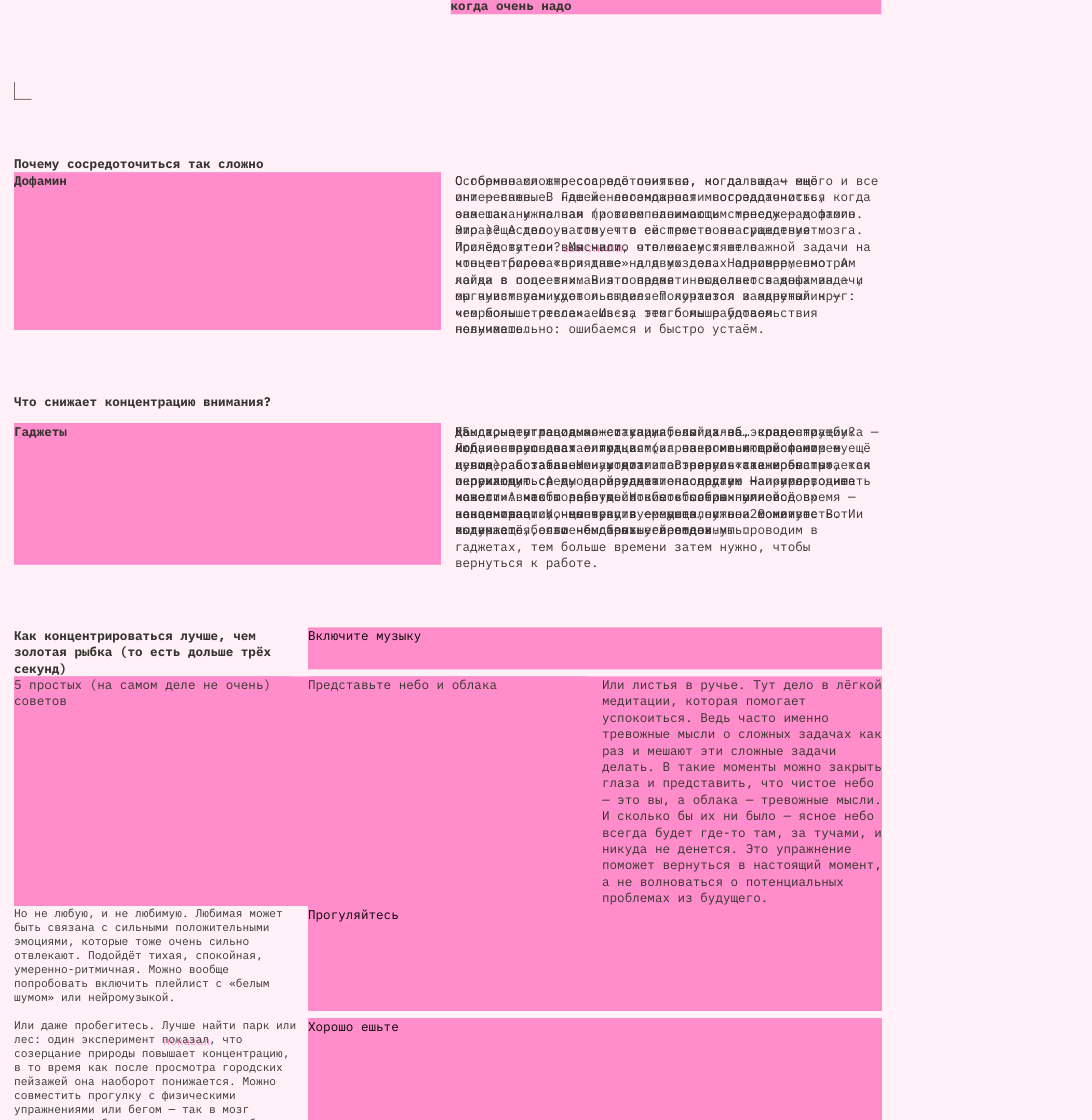
Repository: NikWolf75/slozhno-sosredotochitsya-fd
Page: index.html
These files come from the project's save history. The page is drawn as it stood at one moment and after the next save; the edit follows.
The browser window is 1280 px wide. The page is 1560 px wide, so the pictures cover 1560 px, including what lies to the right of the window. The pictures show the part of the page from y = 606 to 2206 px (the page is 7191 px tall before and 7131 px after), at 70% of full size.

Above is the page before, as saved 2025-02-27 23:23:38.

### index.html
<!DOCTYPE html>
<html lang="ru">
  <head>
    <meta charset="UTF-8" />
    <meta http-equiv="X-UA-Compatible" content="IE=edge" />
    <meta name="viewport" content="width=device-width, initial-scale=1.0" />
    <meta name="color-scheme" content="dark light" />
    <link rel="stylesheet" href="/fonts/fonts.css" />
    <link rel="stylesheet" href="/styles/globals.css" />
    <link rel="stylesheet" href="/styles/variables.css" />
    <link rel="stylesheet" href="/styles/style.css" />
    <link rel="stylesheet" href="/styles/dark.css" />
    <link rel="stylesheet" href="/styles/light.css" />
    <link rel="icon" href="/images/favicon.ico" sizes="any" />
    <link rel="icon" href="/images/favicon.svg" type="image/svg+xml" />
    <title>Сложно сосредоточиться</title>
    <script src="./scripts/script.js"></script>
  </head>
  <body class="page">
    <header class="header decorated-zone">
      <p class="rec_element">REC</p>
      <nav class="header__theme-menu">
        <ul class="header__theme-menu-list">
          <li class="header__theme-menu-item">
            <button
              class="header__theme-menu-button header__theme-menu-button_type_light"
            >
              День
            </button>
          </li>
          <li class="header__theme-menu-item">
            <button
              class="header__theme-menu-button header__theme-menu-button_active header__theme-menu-button_type_auto"
              disabled
            >
              Авто
            </button>
          </li>
          <li class="header__theme-menu-item">
            <button
              class="header__theme-menu-button header__theme-menu-button_type_dark"
            >
              Неон
            </button>
          </li>
        </ul>
      </nav>
      <h1 class="title_main">no focus</h1>
      <div class="title-decor">
        <p>Что делать, когда не можешь делать ничего</p>
        <p>
          Или почему нам так сложно сконцентрироваться, особенно когда очень
          надо
        </p>
      </div>
    </header>
    <main class="content">
      <section class="content__section">
        <h2 class="question_text">Почему сосредоточиться так сложно</h2>
        <article class="answer">
          <h3 class="content__answer-short">Многозадачность</h3>
          <p class="answer_large">
            Особенно сложно сосредоточиться, когда задач много и все они —
            важные. Где же легендарная многозадачность, когда она так нужна вам
            (и всем нанимающим менеджерам этого мира)? А дело в том, что её
            просто не существует. Исследователи
            <a class="link-text" href="#0">выяснили</a>, что мозгу тяжело
            концентрироваться даже на двух делах одновременно. А когда в поле
            внимания попадает несколько важных задач, организм паникует и
            выделяет кортизол и адреналин — «гормоны стресса». Из-за этого мы
            работаем невнимательно: ошибаемся и быстро устаём.
          </p>
        </article>
        <article class="answer">
          <h3 class="content__answer-short">Дофамин</h3>
          <p class="answer_large">
            С гормонами стресса всё понятно, но дальше — ещё интереснее. В нашей
            невозможности сосредоточиться замешана и полная противоположность
            стрессу — дофамин. Это вещество участвует в системе вознаграждения
            мозга. Причём тут он? Мы часто отвлекаемся от важной задачи на
            что-то более «приятное» для мозгов. Например, смотрим лайки в
            соцсетях. В это время и выделяется дофамин — и мы чувствуем
            удовольствие. Получается замкнутый круг: чем больше отвлекаешься,
            тем больше удовольствия получаешь.
          </p>
        </article>
      </section>
      <section class="content__section content__question">
        <h2 class="question_text">Что снижает концентрацию внимания?</h2>
        <article class="answer">
          <h3 class="content__answer-short">Многозадачность</h3>
          <p class="answer_large">
            Как концентрация может снижаться из-за… концентрации? Любая
            стрессовая ситуация (и резко меняющийся мир в целом) заставляет наш
            мозг постоянно «сканировать» окружающую среду на предмет опасности.
            Например, читать новости вместо работы. Но быть собранными всё время
            — невозможно. Концентрация — мышца, и она может не выдержать, если
            не давать ей отдохнуть.
          </p>
        </article>
        <article class="answer">
          <h3 class="content__answer-short">Еда</h3>
          <p class="answer_large">
            «Быстрые углеводы» — сахар, белый хлеб, сладости — молниеносно
            доставляют в мозг энергию и помогают ему лучше работать. Но уходит
            эта энергия также быстро, как и приходит. А мы в результате попадаем
            на «углеводные качели»: как только действие «быстрых углеводов»
            заканчивается, мы чувствуем усталость и сонливость. И хотим ещё
            больше быстрых углеводов.
          </p>
        </article>
        <article class="answer">
          <h3 class="content__answer-short">Гаджеты</h3>
          <p class="answer_large">
            Да-да, это та самая ситуация, когда на экране ноутбука — код, в
            наушниках — подкаст, а на компьютере фоном — ещё и видео с забавными
            утятами. В результате мозг пытается переключиться с одной задачи на
            другую — и просто не может. А чтобы вернуться к состоянию полной
            концентрации, человеку в среднем нужно 20 минут. Вот и получается,
            что чем больше времени мы проводим в гаджетах, тем больше времени
            затем нужно, чтобы вернуться к работе.
          </p>
        </article>
      </section>
      <section class="content__section">
        <h2 class="question_text">
          Как концентрироваться лучше, чем золотая рыбка (то есть дольше трёх
          секунд)
        </h2>
        <article class="answer advice">
          <h3 class="content__answer-short sub_content__answer-short">
            5 простых (на самом деле не очень) советов
          </h3>
          <h4 class="advice">
            Представьте небо и облака
          </h4>
          <p class="answer_large">
            Или листья в ручье. Тут дело в лёгкой медитации, которая помогает
            успокоиться. Ведь часто именно тревожные мысли о сложных задачах как
            раз и мешают эти сложные задачи делать. В такие моменты можно
            закрыть глаза и представить, что чистое небо — это вы, а облака —
            тревожные мысли. И сколько бы их ни было — ясное небо всегда будет
            где-то там, за тучами, и никуда не денется. Это упражнение поможет
            вернуться в настоящий момент, а не волноваться о потенциальных
            проблемах из будущего.
          </p>
        </article>
          <h4 class="advice">
            Включите музыку
          </h4>
          <p class="answer_large">
            Но не любую, и не любимую. Любимая может быть связана с сильными
            положительными эмоциями, которые тоже очень сильно отвлекают.
            Подойдёт тихая, спокойная, умеренно-ритмичная. Можно вообще
            попробовать включить плейлист с «белым шумом» или нейромузыкой.
          </p>
          <h4 class="advice">
            Прогуляйтесь
          </h4>
          <p class="answer_large">
            Или даже пробегитесь. Лучше найти парк или лес: один эксперимент
            <a class="link-text" href="#0">показал</a>, что созерцание природы
            повышает концентрацию, в то время как после просмотра городских
            пейзажей она наоборот понижается. Можно совместить прогулку с
            физическими упражнениями или бегом — так в мозг поступит ещё больше
            кислорода и он будет лучше работать. Но и простая двадцатиминутная
            прогулка — тоже отличный вариант.
          </p>
          <h4 class="advice">
            Хорошо ешьте
          </h4>
          <p class="answer_large">
            Мы — не ваша бабушка, но это правда важно. Выбирайте продукты,
            которые препятствуют резким скачкам сахара в крови. Например, с
            высоким содержанием клетчатки: овощи, ягоды, бобовые (нут, чечевица,
            фасоль), коричневый рис, хлеб из цельнозерновой пшеницы.
          </p>
          <h4 class="advice">
            Читайте
          </h4>
          <p class="answer_large">
            Настоящие бумажные книги. Это правда помогает с концентрацией: чтобы
            прочитать пост в соцсети, достаточно нескольких минут или даже
            секунд. А вот интересная книга способна затянуть и на несколько
            часов и круто тренирует направленное внимание.
          </p>
        </article>
      </section>
      <section class="content__section content__gallery">
        <h2 class="content__answer-short">А можно в картинках?</h2>
        <div class="gallery">
          <figure class="gallery__item">
            <img
              class="content__section-image"
              src="./images/sunset.png"
              alt="Вид острова на закате"
              loading="lazy"
            />
          </figure>
          <figure class="gallery__item">
            <img
              class="gallery__section-image"
              src="./images/ice-cream.png"
              alt="Чаша с мороженным"
              loading="lazy"
            />
          </figure>
          <figure class="gallery__item">
            <img
              class="gallery__section-image"
              src="./images/tape.png"
              alt="Кассета"
              loading="lazy"
            />
          </figure>
          <figure class="gallery__item">
            <img
              class="gallery__section-image"
              src="./images/books.png"
              alt="Стопка книг"
              loading="lazy"
            />
          </figure>
          <figure class="gallery__item">
            <img
              class="gallery__section-image"
              src="./images/street.png"
              alt="Улица"
              loading="lazy"
            />
          </figure>
        </div>
      </section>
    </main>
    <footer class="footer decorated-zone">
      <h2 class="title_main footer__title">focus</h2>
    </footer>
  </body>
</html>

### styles/globals.css
*,
*::before,
*::after {
  box-sizing: border-box;
}

body {
  min-inline-size: 375px;
  max-inline-size: 1440px;
  margin: 0 auto;
}

h1,
h2,
h3,
h4,
h5,
h6,
p {
  margin: 0;
}

ul {
  margin: 0;
  padding: 0;
  list-style: none;
}

picture {
  margin: 0;
  padding: 0;
}

button,
a {
  font-family: inherit;
  font-size: inherit;
  line-height: inherit;
  color: currentColor;
}

### styles/variables.css
:root {
  --main-font: 'IBM Plex mono';
}

### styles/style.css
.page {
  display: flex;
  flex-direction: column;
  font-family: var(--main-font), monospace;
  block-size: min-content;
  position: relative;
  font-weight: 700;
  background-color: var(--main-background-color);
  background-image: var(--main-background-image);
  background-attachment: fixed;
  background-position: center;
  background-size: cover;
  background-repeat: no-repeat;
 }

.decorated-zone {
  position: relative;
}

.decorated-zone::after,
.decorated-zone::before {
  position: absolute;
  inline-size: 25px;
  block-size: 25px;
  content: "";
  border: 1px solid var(--corner-color);
}

.decorated-zone::after {
  border-top: none;
  border-right: none;
  bottom: 10px;
  left: 10px;
}

.decorated-zone::before {
  border-left: none;
  border-bottom: none;
  right: 10px;
  top: 10px;
}

@media (width >= 768px) {
  .decorated-zone::after {
    bottom: 20px;
    left: 20px;
  }
}

@media (width >= 768px) {
  .decorated-zone::before {
    right: 20px;
    top: 20px;
  }
}

.rec_element {
  position: absolute;
  align-self: start;
  justify-self: end;
  margin: 0;
  right: 10px;
  margin-right: 28px;
  font-size: 18px;
  grid-column: 3;
  grid-row: 1;
  color: var(--accent-color);
  gap: 10px;
}

@media (width >= 768px) {
  .rec_element {
    right: 20px;
  }
}

.rec_element::after {
  content: "";
  border-radius: 50%;
  position: absolute;
  top: 8px;
  left: 44px;
  background: var(--accent-color);
  width: 10px;
  height: 10px;
  box-shadow: 0 0 4px 2px var(--accent-color)
}

.header {
  display: grid;
  grid-template-columns: repeat(3, 1fr);
  grid-template-rows: 1fr min-content 1fr;
  align-items: center;
  justify-items: end;
  position: relative;
  block-size: min(668px, 100vh);
  padding: 10px;
  inline-size: 100%;
 }

 @media (width >= 768px) {
  .header {
    padding: 20px 20px 20px 0;
    block-size: max(1024px, 100vh);
  }
 }

 @media (width >= 1024px) {
  .header {
    block-size: max(768px, 100vh);
  }
 }

 .header__theme-menu {
  grid-column: 3;
  grid-row: 1;
  justify-self: end;
  align-self: center;
}

@media (width >= 1024px) {
  .header__theme-menu {
    grid-column: 1 / -1;
    align-self: start;
    justify-self: center;
    margin-left: 20px;
  }
 }

.header__theme-menu-list {
  display: flex;
  flex-direction: column;
  list-style: none;
  row-gap: 10px;
}

@media (width >= 1024px) {
  .header__theme-menu-list {
    display: flex;
    flex-direction: row;
    column-gap: 10px;
  }
 }

.header__theme-menu-button {
  font-family: inherit;
  background: transparent;
  font-size: 18px;
  color: var(--menu-color);
  border: none;
  text-transform: lowercase;
  border: none;
  height: 26px;
  padding-right: 13px;
  padding-left: 13px;
}

.header__theme-menu-bitton:hover {
  outline: 1px solid var(--menu-color-rgb);
}

.header__theme-menu-button_active {
  outline: 1px solid var(--menu-color);
}

.header__theme-menu-button:focus {
  outline: none;
  text-decoration: underline;
}

.header__theme-menu-button:focus-visible {
  outline: none;
  text-decoration: underline;
}

.title_main {
  font-family: inherit;
  font-size: clamp(7.25rem, 7.0115rem + 1.0178vw, 7.5rem);
  line-height: 95.7px;
  color: var(--title-short-text-color);
  text-shadow: 4px 4px 0 var(--accent-color);
  justify-self: start;
  grid-column: 1 / -1;
  grid-row: 2;
}

@media (width >= 1024px) {
  .title_main {
    line-height: 129.5px;
  }
}

@media (width >= 768px) {
  .title_main {
    font-size: clamp(7.5rem, 0.5625rem + 14.4531vw, 9.8125rem);
    font-weight: 700;
    line-height: 99px;
  }
}

.title-decor {
  font-weight: 700;
  font-family: var(--main-font), monospace;
  font-size: 18px;
  line-height: 23.4px;
  background-color: var(--accent-color);
  color: var(--title-text-color);
  grid-row: 3;
  grid-column: 1 / -1;
  border: 1px solid var(--main-background-color);
  margin: 0;
  justify-self: end;
  align-self: center;
}

@media (width >= 768px) {
  .title-decor {
    max-width: 49%;
  }
}

.content {
  display: flex;
  box-sizing: border-box;
  flex-direction: column;
  padding: 40px 10px 0 10px;
  row-gap: 50px;
}

@media (width >= 768px) {
  .content {
    padding: 60px 20px 20px 20px;
    row-gap: 80px;
  }
}

@media (width >= 768px) {
  .content__section {
    display: grid;
    grid-template-columns: 1fr 2fr;
    column-gap: 20px;
  }
}

@media (width >= 1024px) {
  .content__section {
    column-gap: 10px;
  }
}

.content__what, .answer {
  margin-bottom: 20px;
}

.content__what, .answer:last-of-type {
  margin-bottom: 0;
}

.content__gallery, .content__answer-short {
  font-size: 18px;
}

@media (width >= 768px) and (width < 1024px) {
  .content__question,
  .content__gallery {
    display: grid;
    grid-template-columns: repeat(3, 1fr);
    grid-template-rows: min-content, 1fr;
    row-gap: 20px;
  }

  .content__question, .question_text {
    grid-row: 1;
    grid-column: 1;
  }

  .content__question, .answer {
    grid-row: 2;
    grid-column: 1 / -1;
    margin-bottom: 20px;
  }

  .content__gallery, .content__answer-short {
    grid-row: 1;
    grid-column: 1 / -1;
    margin: 0;
  }

  .content__gallery, .gallery {
    grid-row: 2;
    grid-column: 1 / -1;
  }
}

@media (width >= 1024px) {
  .content__question,
  .content__gallery {
    display: grid;
    grid-template-columns: repeat(3, 1fr);
    row-gap: 20px;
  }

  .content__question, .question_text {
    grid-row: 1;
    grid-column: 1;
  }

  .content__question, .answer {
    display: grid;
    grid-row: 2;
    grid-column: 1 / -1;
    column-gap: 20px;
    grid-template-columns: repeat(auto-fit, minmax(calc((100% - 40px) / 3), 1fr));
  }

  .content__gallery, .answer-short {
    grid-row: 1;
    grid-column: 1 / -1;
    margin: 0;
  }

  .content__gallery, .gallery {
    grid-row: 2;
    grid-column: 1 / -1;
  }
}

.question_text {
  font-family: var(--main-font), monospace;
  font-size: 18px;
  font-weight: 700;
  line-height: 23.5px;
  color: var(--question-text-color);
  margin: 0;
  margin-bottom: 20px;
}

@media (width >= 768px) {
  .question_text {
    padding-right: 9px;
    margin-bottom: 0;
  }
}

.answer {
  font-family: var(--main-font), monospace;
  font-size: 18px;
  font-weight: 700;
  line-height: 23.5px;
  color: var(--answer-short-text-color);
}

.advices {
  display: flex;
  flex-direction: column;
}

.content_how {
  display: flex;
  flex-direction: column;
}

.content__answer-short {
  color: var(--answer-short-text-color);
  background-color: var(--accent-color);
  margin: 0;
  margin-bottom: 10px;
  font-family: inherit;
  font-size: inherit;
  font-weight: inherit;
  line-height: inherit;
}

.sub_content__answer-short {
  margin-bottom: 20px;
}

.answer_large {
  font-family: inherit;
  font-size: inherit;
  font-weight: 400;
  line-height: inherit;
  color: var(--answer-text-color);
  margin: 0;
  margin-bottom: 20px;
}

.answer, .answer_large:last-of-type {
  margin-bottom: 0;
}

.link-text {
  text-decoration: none;
  color: inherit;
  text-shadow: 2px 2px 0 var(--shadow-accent-color);
}

.link-text:hover {
  border-bottom: 1px solid var(--menu-color);
}

.link-text:focus {
  outline: none;
  border: none;
}

.link-text:focus-visible {
  outline: 1px solid var(--answer-text-color);
  border: 1px solid transparent;
  color: var(--answer-text-color);
}

.advice {
  font-family: var(--main-font), monospace;
  font-size: 18px;
  font-weight: 400;
  background-color: var(--accent-color);
  line-height: 23.4px;
  margin: 0 0 10px 0;
}

.gallery {
  display: grid;
  grid-template-columns: 1fr;
  grid-template-rows: 142px 355px 237px 355px 237px;
  gap: 10px;
  grid-auto-flow: dense;
  margin-bottom: 40px;
}

.gallery__item {
  margin: o;
}

.gallery__section-image {
  object-fit: cover;
  inline-size: 100%;
  block-size: 100%;
}

@media (width >= 1024px) {
  .gallery {
    grid-template-rows: 260px 315px 433px;
  }
}

.footer {
  display: grid;
  height: 100vh;
  padding: 10px;
  block-size: max(668px, 100vh);
  grid-template-columns: 1fr;
  grid-template-rows: 1fr min-content 1fr;
}

@media (width >= 768px) {
  .footer {
    padding: 20px;
    block-size: max(1024px, 100vh);
  }
}

@media (width >= 1024px) {
  .footer {
    block-size: max(768px, 100vh);
  }
}

.footer_title {
  justify-self: center;
}

Loaded but not shown: fonts/fonts.css (common file); scripts/script.js (52 lines, source omitted); styles/light.css (60 lines, source omitted); styles/dark.css (47 lines, source omitted)

After the next save:
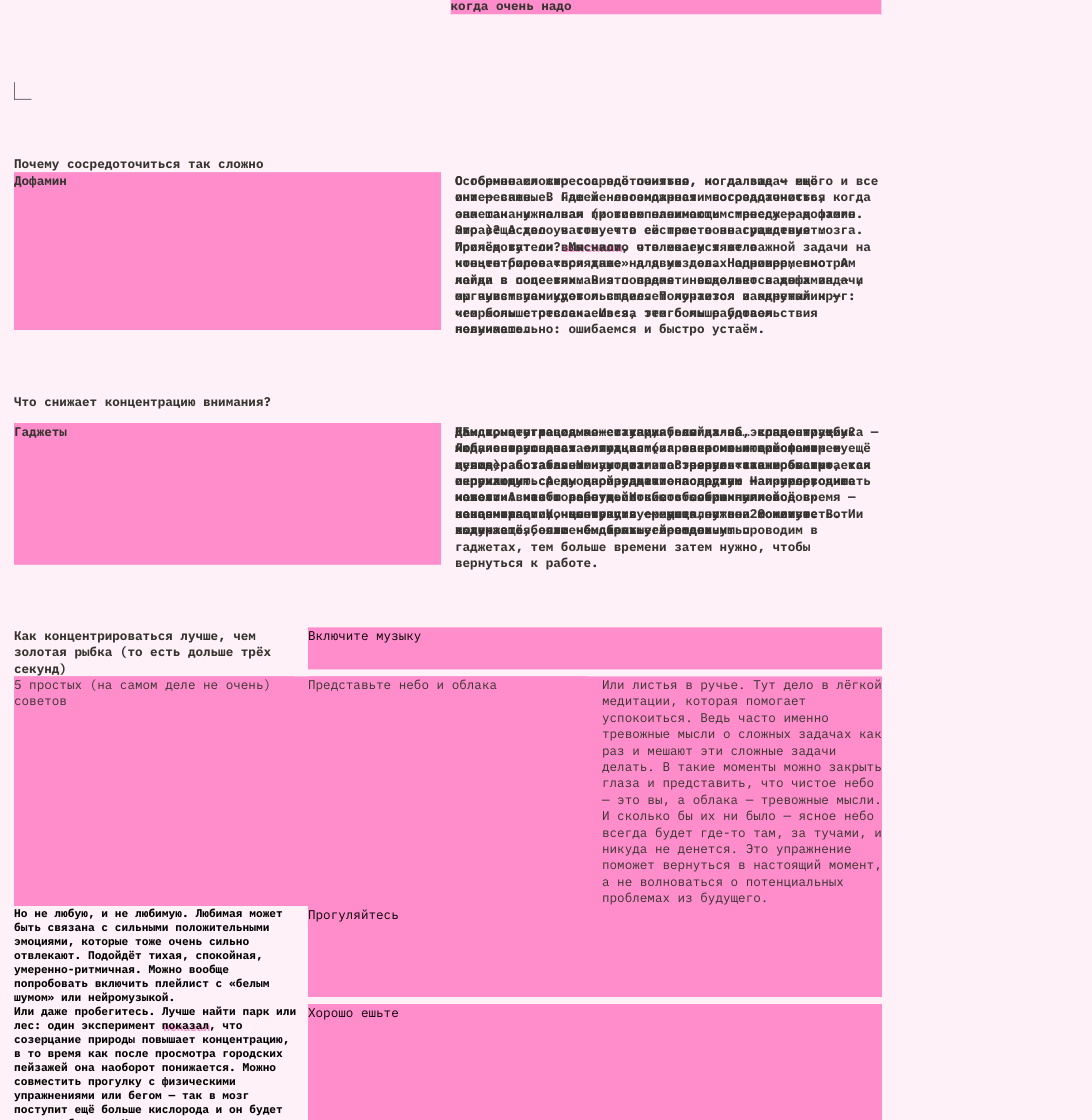
Saved 14 s later.
--- a/styles/style.css
+++ b/styles/style.css
@@ -375,7 +375,7 @@
   margin-bottom: 20px;
 }
 
-.answer_large {
+.answer_full {
   font-family: inherit;
   font-size: inherit;
   font-weight: 400;

After the save that followed:
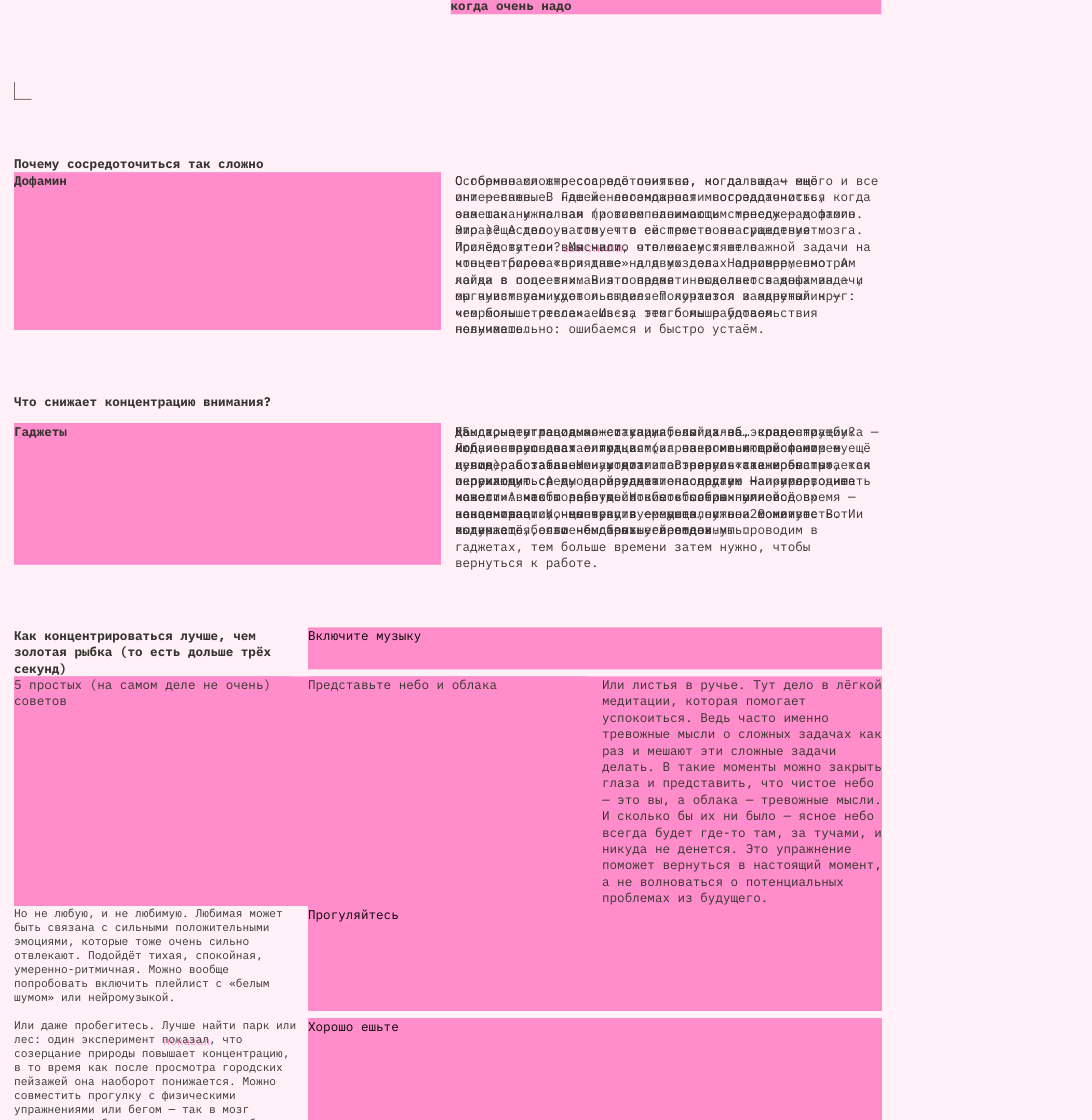
Saved 12 s later.
--- a/styles/style.css
+++ b/styles/style.css
@@ -375,7 +375,7 @@
   margin-bottom: 20px;
 }
 
-.answer_full {
+.answer_large {
   font-family: inherit;
   font-size: inherit;
   font-weight: 400;
